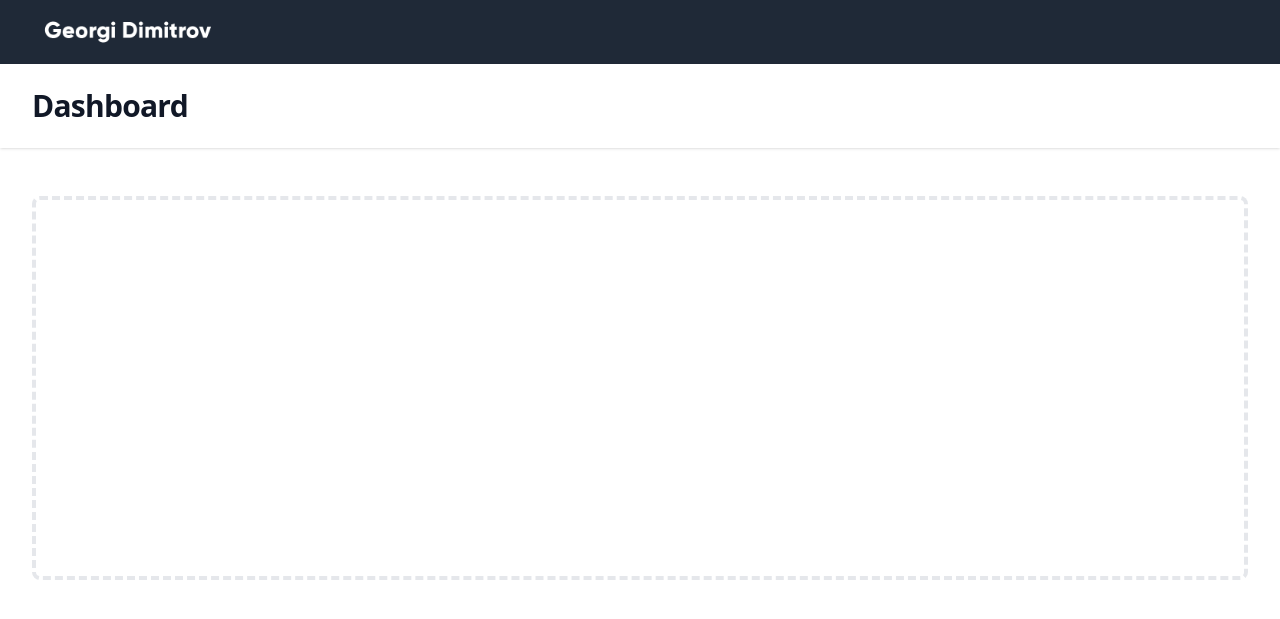
Repository: Ghazi-jr/Georgi-app
Page: / (app in Client/)
The author's editor kept a copy of each file at every save. The page is drawn from the files as they stood at one save, then again after the next save.
The browser window is 1280 px wide. The pictures show the whole page.
The project was rebuilt for these pictures with package versions that can differ from the ones it lists, and the page was loaded fresh each time. Also part of the build but not shown: Client/src/components/mapBox.js.

Above is the page before, as saved 2022-10-01 01:01:04.

### Client/public/index.html
<!DOCTYPE html>
<html lang="en">

<head>
  <meta charset="utf-8" />
  <link rel="icon" href="%PUBLIC_URL%/favicon.ico" />
  <meta name="viewport" content="width=device-width, initial-scale=1" />
  <meta name="theme-color" content="#000000" />
  <meta name="description" content="Web site created using create-react-app" />
  <link rel="apple-touch-icon" href="%PUBLIC_URL%/logo192.png" />
  <!--
      manifest.json provides metadata used when your web app is installed on a
      user's mobile device or desktop. See https://developers.google.com/web/fundamentals/web-app-manifest/
    -->
  <link rel="manifest" href="%PUBLIC_URL%/manifest.json" />
  <!--
      Notice the use of %PUBLIC_URL% in the tags above.
      It will be replaced with the URL of the `public` folder during the build.
      Only files inside the `public` folder can be referenced from the HTML.

      Unlike "/favicon.ico" or "favicon.ico", "%PUBLIC_URL%/favicon.ico" will
      work correctly both with client-side routing and a non-root public URL.
      Learn how to configure a non-root public URL by running `npm run build`.
    -->
  <title>Sensors Data Analysis</title>
</head>

<body>
  <noscript>You need to enable JavaScript to run this app.</noscript>
  <div id="root"></div>
  <!--
      This HTML file is a template.
      If you open it directly in the browser, you will see an empty page.

      You can add webfonts, meta tags, or analytics to this file.
      The build step will place the bundled scripts into the <body> tag.

      To begin the development, run `npm start` or `yarn start`.
      To create a production bundle, use `npm run build` or `yarn build`.
    -->
</body>

</html>

### Client/src/App.js
import { Fragment } from "react";
import { Disclosure, Menu, Transition } from "@headlessui/react";
import { Bars3Icon, BellIcon, XMarkIcon } from "@heroicons/react/24/outline";
import MapBox from "./components/mapBox";
import logo from "./logo.png";
const user = {
  name: "Tom Cook",
  email: "tom@example.com",
  imageUrl:
    "https://images.unsplash.com/photo-1472099645785-5658abf4ff4e?ixlib=rb-1.2.1&ixid=eyJhcHBfaWQiOjEyMDd9&auto=format&fit=facearea&facepad=2&w=256&h=256&q=80",
};
const navigation = [
  { name: "Dashboard", href: "#", current: true },
  { name: "Team", href: "#", current: false },
  { name: "Projects", href: "#", current: false },
  { name: "Calendar", href: "#", current: false },
  { name: "Reports", href: "#", current: false },
];
const userNavigation = [
  { name: "Your Profile", href: "#" },
  { name: "Settings", href: "#" },
  { name: "Sign out", href: "#" },
];

function classNames(...classes) {
  return classes.filter(Boolean).join(" ");
}

export default function App() {
  return (
    <>
      <div className="min-h-full">
        <Disclosure as="nav" className="bg-gray-800">
          <div className="mx-auto max-w-7xl px-4 sm:px-6 lg:px-8">
            <div className="flex h-16 items-center justify-between">
              <div className="flex items-center">
                <div className="flex-shrink-0">
                  <img className="h-48 w-48" src={logo} alt="Your Company" />
                </div>
              </div>
            </div>
          </div>
        </Disclosure>
        <header className="bg-white shadow">
          <div className="mx-auto max-w-7xl py-6 px-4 sm:px-6 lg:px-8">
            <h1 className="text-3xl font-bold tracking-tight text-gray-900">
              Dashboard
            </h1>
          </div>
        </header>
        <main>
          <div className="mx-auto max-w-7xl py-6 sm:px-6 lg:px-8">
            {/* Replace with your content */}
            <div className="px-4 py-6 sm:px-0">
              <div className="h-96 rounded-lg border-4 border-dashed border-gray-200" />
            </div>
            {/* /End replace */}
          </div>
        </main>
      </div>
    </>
  );
}

Loaded but not shown: Client/src/index.js (common file); Client/src/index.css (common file); Client/tailwind.config.js (common file)

After the next save:
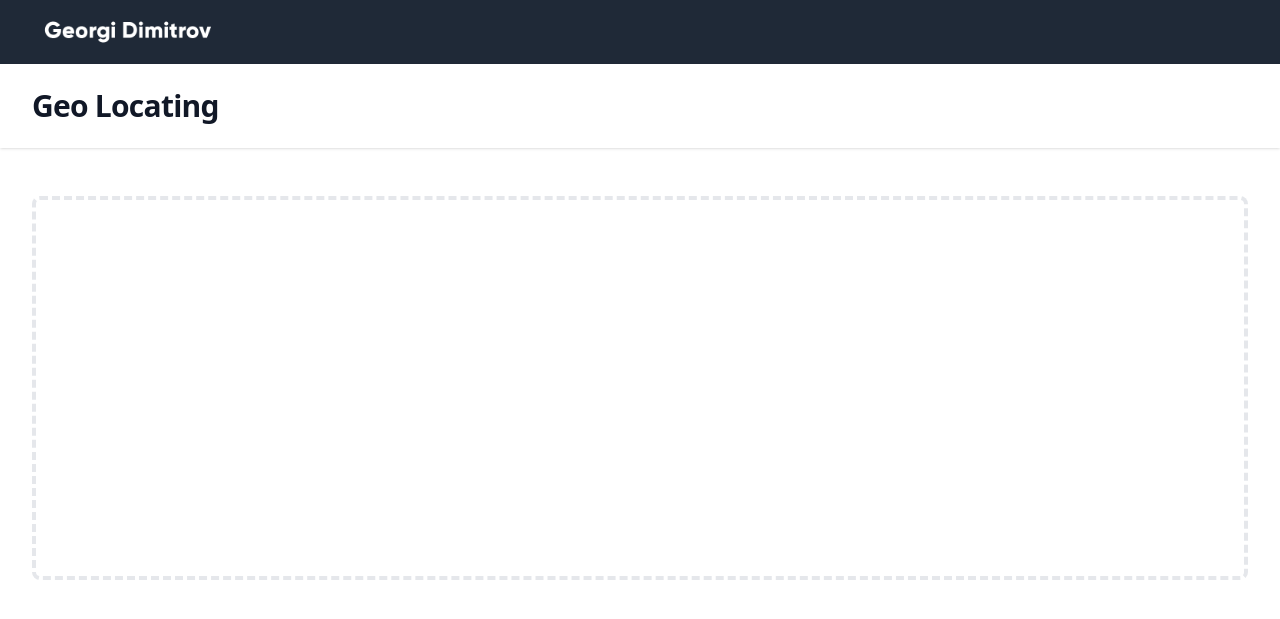
Saved 7 s later.
--- a/Client/src/App.js
+++ b/Client/src/App.js
@@ -44,7 +44,7 @@ export default function App() {
         <header className="bg-white shadow">
           <div className="mx-auto max-w-7xl py-6 px-4 sm:px-6 lg:px-8">
             <h1 className="text-3xl font-bold tracking-tight text-gray-900">
-              Dashboard
+              Geo Locating
             </h1>
           </div>
         </header>
